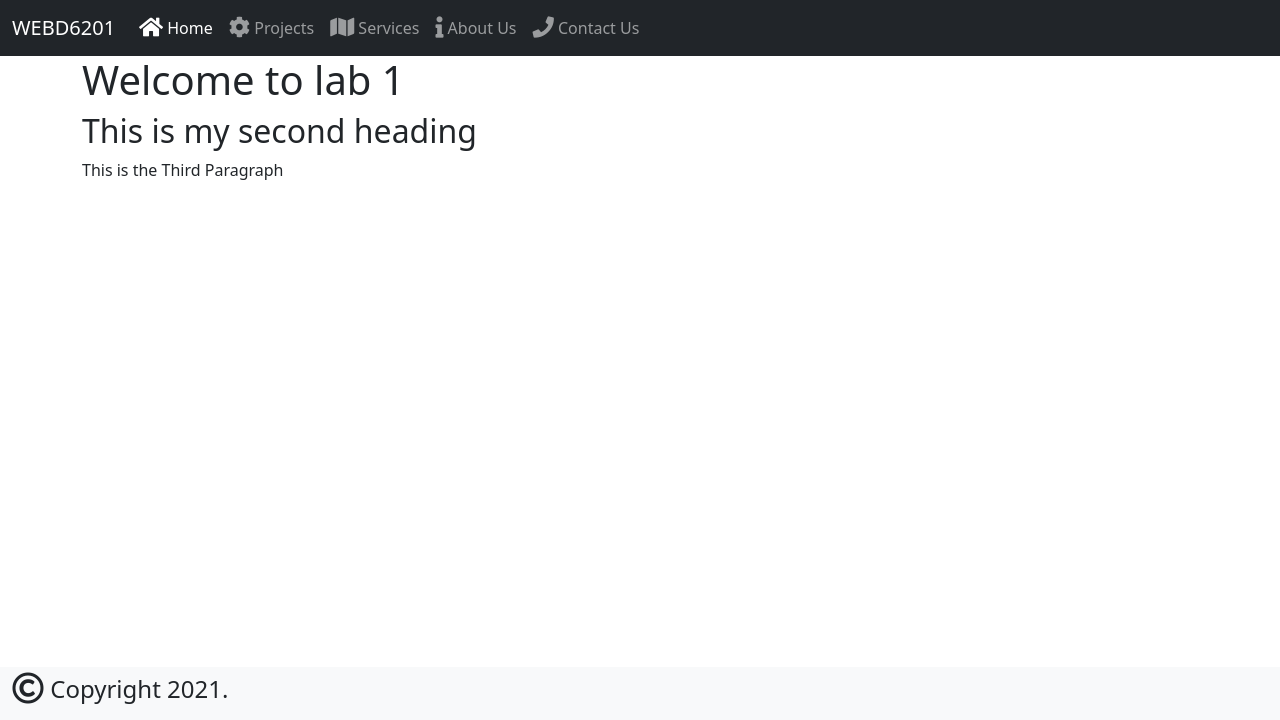
Repository: Sub4Sub/Lab_1
Page: index.html
The author's editor kept a copy of each file at every save. The page is drawn from the files as they stood at one save, then again after the next save.
The browser window is 1280 px wide. The pictures show the whole page.

Above is the page before, as saved 2021-02-03 18:26:53.

### index.html
<!DOCTYPE html>
<html lang="en">
<head>
    <meta charset="UTF-8">
    <meta name="viewport" content="width=device-width, initial-scale=1.0">
    <title>Home</title>
    <!-- CSS Section -->
    <link rel="stylesheet" href="./node_modules/bootstrap/dist/css/bootstrap.min.css">
    <link rel="stylesheet" href="./node_modules/@fortawesome/fontawesome-free/css/all.min.css">
    <link rel="stylesheet" href="./Content/app.css">
</head>
<body>
    <!-- Main Header -->
    <header>
        <!-- Main Navigation -->
        <nav class="navbar navbar-expand-lg navbar-dark bg-dark">
            <div class="container-fluid">
              <a class="navbar-brand" href="index.html">WEBD6201</a>
              <button class="navbar-toggler" type="button" data-bs-toggle="collapse" data-bs-target="#navbarSupportedContent" aria-controls="navbarSupportedContent" aria-expanded="false" aria-label="Toggle navigation">
                <span class="navbar-toggler-icon"></span>
              </button>
              <div class="collapse navbar-collapse" id="navbarSupportedContent">
                <ul class="navbar-nav me-auto mb-2 mb-lg-0">
                  <li class="nav-item">
                    <a class="nav-link active" aria-current="page" href="index.html"><i class="fas fa-home fa-lg"></i> Home</a>
                  </li>

                  <li class="nav-item">
                    <a class="nav-link" aria-current="page" href="projects.html"><i class="fas fa-cog fa-lg"></i> Projects</a>
                  </li>

                  <li class="nav-item">
                    <a class="nav-link" aria-current="page" href="services.html"><i class="fas fa-map fa-lg"></i> Services</a>
                  </li>

                  <li class="nav-item">
                    <a class="nav-link" aria-current="page" href="about.html"><i class="fas fa-info fa-lg"></i> About Us</a>
                  </li>

                  <li class="nav-item">
                    <a class="nav-link" aria-current="page" href="contact.html"><i class="fas fa-phone fa-lg"></i> Contact Us</a>
                  </li>
                </ul>
              </div>
            </div>
          </nav>
    </header>

    <!-- Main Content -->
    <main class="container">
    </main>

    <!-- Main Footer -->
    <footer>
        <nav class="navbar fixed-bottom navbar-light bg-light">
            <div class="container-fluid">
              <h4><i class="far fa-copyright fa-lg"></i> Copyright 2021.</h4>
            </div>
          </nav>
    </footer>

    <!-- Script Section-->
    <script src="./node_modules/jquery/dist/jquery.min.js"></script>
    <script src="./node_modules/bootstrap/dist/js/bootstrap.bundle.min.js"></script>
    <script src="./Scripts/app.js"></script>
</body>
</html>

### Scripts/app.js

"use strict";


(function()
{

    function displayHome()
    {
        /*
        let paragraphOneText =
          "This is a simple site to demonstrate DOM Manipulation for ICE 1";

          let paragraphOneElement = document.getElementById("paragraphOne");

        paragraphOneElement.textContent = paragraphOneText;
        paragraphOneElement.className = "fs-5";
*/
        let indexHeading = document.createElement("h1");

        indexHeading.setAttribute("id", "indexHeading");
        indexHeading.textContent = "Welcome to lab 1";
        //indexHeading.className = "fs-4 fw-bold";

        let mainContent = document.querySelector("main");
        mainContent.appendChild(indexHeading);

        let newDivTag = document.createElement("div");
        newDivTag.innerHTML =
        `<h2>This is my second heading</h2>
        <p id="paragraphThree"> This is the Third Paragraph </p>`;

        mainContent.append(newDivTag);
    }

    function Start()
    {
        console.log("App Started...");

        switch (document.title)
        {
          case "Home":
              displayHome();
            break;
          case "About":
              displayAbout();
            break;
          case "Projects":
              displayProjects();
            break;
          case "Services":
              displayServices();
            break;
          case "Contact":
              displayContact();
            break;
        }

    }

    window.addEventListener("load", Start);

})();

Loaded but not shown: node_modules/bootstrap/dist/css/bootstrap.min.css (library); node_modules/@fortawesome/fontawesome-free/css/all.min.css (library); node_modules/jquery/dist/jquery.min.js (library); node_modules/bootstrap/dist/js/bootstrap.bundle.min.js (library); Content/app.css (no stored copy; drawn as an empty file)

After the next save:
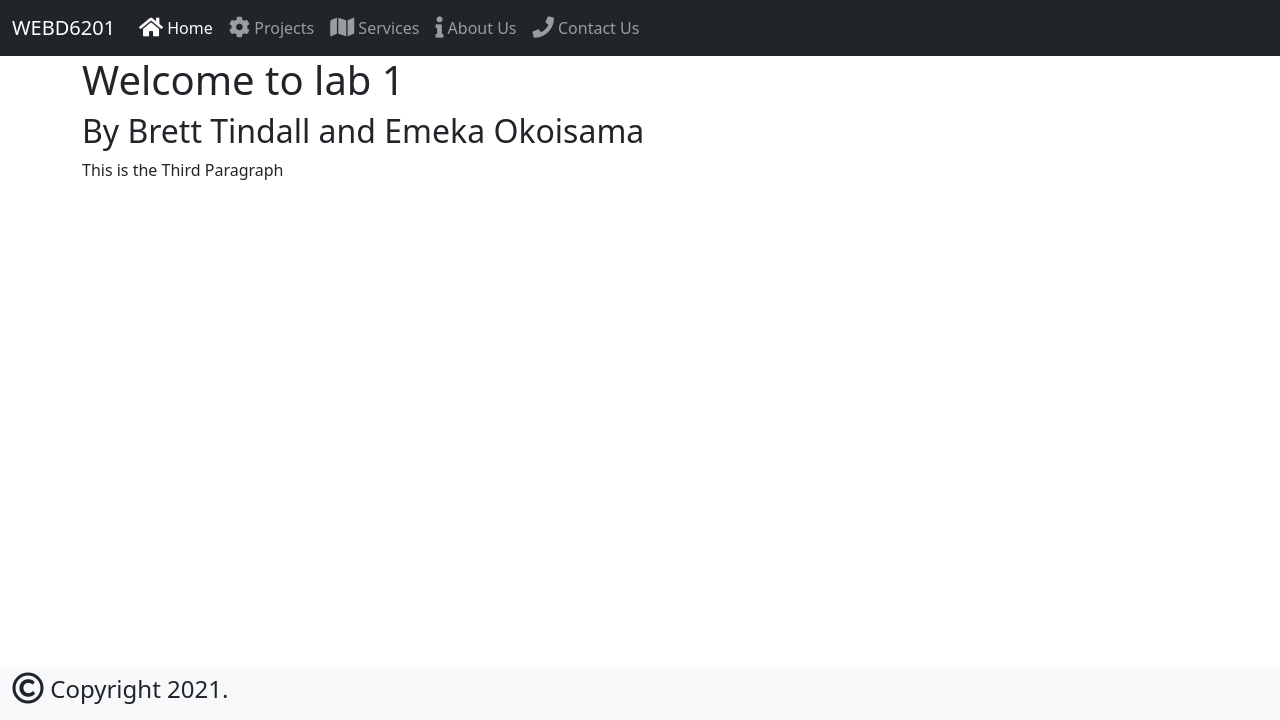
Saved 34 s later.
--- a/Scripts/app.js
+++ b/Scripts/app.js
@@ -27,7 +27,7 @@
 
         let newDivTag = document.createElement("div");
         newDivTag.innerHTML =
-        `<h2>This is my second heading</h2>
+        `<h2>By Brett Tindall and Emeka Okoisama</h2>
         <p id="paragraphThree"> This is the Third Paragraph </p>`;
 
         mainContent.append(newDivTag);
